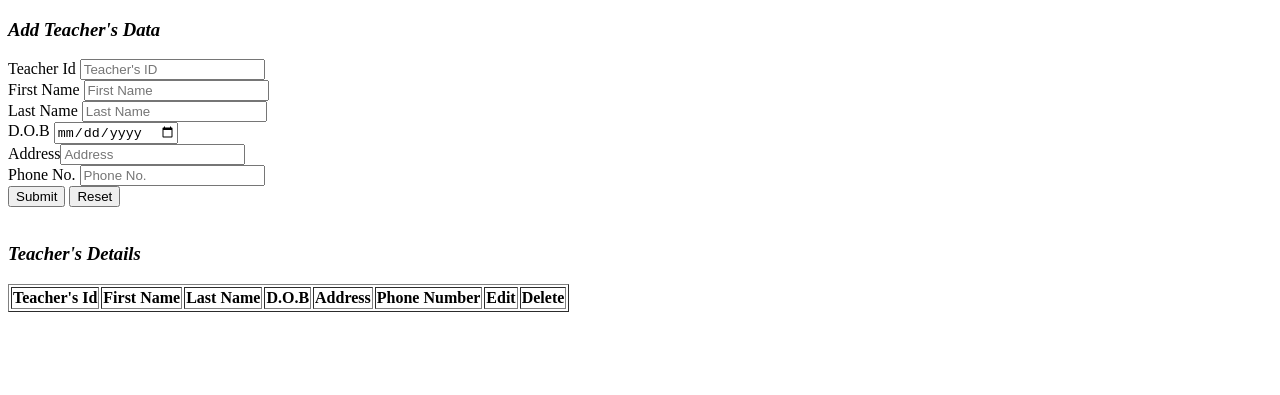
Repository: shubhamsingh331/Learners_Academy
Page: http://localhost/LearnersAcademy/Teachers/Teachers.jsp
The author's editor kept a copy of each file at every save. The page is drawn from the files as they stood at one save, then again after the next save.
The browser window is 1280 px wide. The pictures show the whole page.
The page is served by Tomcat 9. Other server files are loaded and not shown. Queries for data that is not in the repository find no rows.

Above is the page before, as saved 2023-10-09 12:11:00.

### LearnersAcademy/src/main/webapp/Teachers/Teachers.jsp
<%@ page language="java" contentType="text/html; charset=ISO-8859-1"
    pageEncoding="ISO-8859-1"%>
<!DOCTYPE html>
<html>
<head>
<meta charset="ISO-8859-1">
<title>Insert title here</title>
</head>
<body>
<h3><i>Add Teacher's Data</i></h3>
<form action="AddTeachers.jsp" method="post">
Teacher Id <input type="text" placeholder="Teacher's ID" name="id"><br>
First Name <input type="text" placeholder="First Name" name="fname"><br>
Last Name <input type="text" placeholder="Last Name" name="lname"><br>
D.O.B <input type="date" placeholder="D.O.B" name="dob"><br>
Address<input type="text" placeholder="Address" name ="address"><br>
Phone No. <input type="text" placeholder="Phone No." name="phono"><br>
<input type="submit" value="Submit">
<input type="reset" value="Reset">
</form><br>
<%@include file="TeacherDisplay.jsp" %>

</body>
</html>

### LearnersAcademy/src/main/webapp/Teachers/TeacherDisplay.jsp
<%@page import="teachers.TeachersDAO"%>
<%@page import="java.util.List"%>
<%@page import="teachers.TeachersPojo"%>
<%@ page language="java" contentType="text/html; charset=ISO-8859-1"
    pageEncoding="ISO-8859-1"%>
<!DOCTYPE html>
<html>
<head>
<meta charset="ISO-8859-1">
<title>Insert title here</title>
</head>
<body>
<h3><i>Teacher's Details</i></h3>
<table border="1">
<tr><th>Teacher's Id</th><th>First Name</th><th>Last Name</th><th>D.O.B</th><th>Address</th><th>Phone Number</th><th>Edit</th><th>Delete</th></tr>
<%
TeachersDAO dao = new TeachersDAO();
List<TeachersPojo> list= dao.display();

for(TeachersPojo t:list){%>
<tr><td><%=t.getId() %></td><td><%=t.getFname() %></td><td><%=t.getLname() %></td><td><%=t.getDob() %></td><td><%=t.getAddress() %></td><td><%=t.getPhono()%></td><td><a href="TeachEdit.jsp?id=<%=t.getId()%>">Edit</a></td><td><a href="TeachDelete.jsp?id=<%=t.getId()%>">Delete</a></td></tr>
<%}%>
</table>
</body>
</html>

### LearnersAcademy/src/main/java/teachers/TeachersDAO.java
package teachers;

import java.sql.Connection;
import java.sql.PreparedStatement;
import java.sql.ResultSet;
import java.sql.SQLException;
import java.util.ArrayList;
import java.util.List;

import DBUtil.DbUtil;

public class TeachersDAO {
	public int insert(TeachersPojo teachers) throws ClassNotFoundException, SQLException {
		Connection con = DbUtil.dbcon();
		String sql = "insert into teachers values(?,?,?,?,?,?)";
		PreparedStatement ps = con.prepareStatement(sql);
		ps.setInt(1, teachers.getId());
		ps.setString(2, teachers.getFname());
		ps.setString(3, teachers.getLname());
		ps.setString(4, teachers.getDob());
		ps.setString(5, teachers.getAddress());
		ps.setLong(6, teachers.getPhono());

		return ps.executeUpdate();
	}

	public int update(TeachersPojo teachers) throws ClassNotFoundException, SQLException {
		Connection con = DbUtil.dbcon();
		String sql = "update teachers set fname=?, lname=?, dob=?, address=?, phono=? where id =?";
		PreparedStatement ps = con.prepareStatement(sql);
		ps.setInt(6, teachers.getId());
		ps.setString(1, teachers.getFname());
		ps.setString(2, teachers.getLname());
		ps.setString(3, teachers.getDob());
		ps.setString(4, teachers.getAddress());
		ps.setLong(5, teachers.getPhono());

		return ps.executeUpdate();
	}

	public int delete(TeachersPojo teachers) throws ClassNotFoundException, SQLException {
		Connection con = DbUtil.dbcon();
		String sql = "delete from teachers where id =?";
		PreparedStatement ps = con.prepareStatement(sql);
		ps.setInt(1, teachers.getId());


		return ps.executeUpdate();
	}

	public List<TeachersPojo> display() throws ClassNotFoundException, SQLException{
		Connection con = DbUtil.dbcon();

		List<TeachersPojo> list = new ArrayList<TeachersPojo>();
		String sql = "select * from teachers";
		PreparedStatement ps = con.prepareStatement(sql);
		ResultSet rs = ps.executeQuery();

		while(rs.next()) {
			TeachersPojo teachers = new TeachersPojo();
			teachers.setId(rs.getInt(1));
			teachers.setFname(rs.getString(2));
			teachers.setLname(rs.getString(3));
			teachers.setDob(rs.getString(4));
			teachers.setAddress(rs.getString(5));
			teachers.setPhono(rs.getLong(6));

			list.add(teachers);
		}
		return list;


	}

}

### LearnersAcademy/src/main/java/DBUtil/DbUtil.java
package DBUtil;

import java.sql.Connection;
import java.sql.DriverManager;
import java.sql.SQLException;

public class DbUtil {
	public static final String DRIVER_CLASS="com.mysql.jdbc.Driver";
	public static final String DB_URL="jdbc:mysql://localhost:3306/StudentManagement";
	public static final String USERNAME = "root";
	public static final String PASSWORD = "123456";
	public static Connection dbcon() throws ClassNotFoundException, SQLException {
		Class.forName(DRIVER_CLASS);

		Connection con = DriverManager.getConnection(DB_URL, USERNAME, PASSWORD);

		return con;

}

}

After the next save:
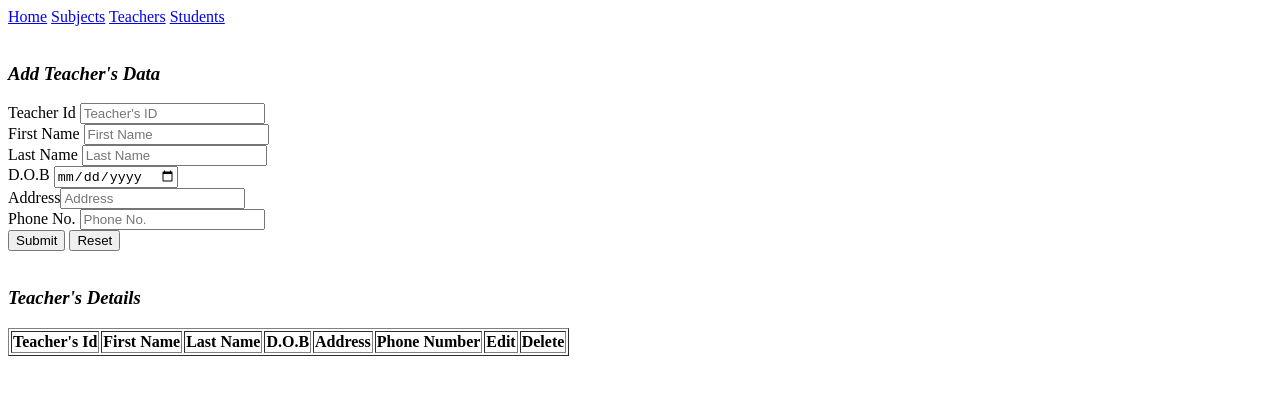
Saved 2 min 3 s later.
--- a/LearnersAcademy/src/main/webapp/Teachers/Teachers.jsp
+++ b/LearnersAcademy/src/main/webapp/Teachers/Teachers.jsp
@@ -7,6 +7,12 @@
 <title>Insert title here</title>
 </head>
 <body>
+<div class="topnav">
+  <a class="active" href="#home">Home</a>
+  <a href="Subjects/Subject.jsp">Subjects</a>
+  <a href="Teachers.jsp">Teachers</a>
+  <a href="#about">Students</a>
+</div><br>
 <h3><i>Add Teacher's Data</i></h3>
 <form action="AddTeachers.jsp" method="post">
 Teacher Id <input type="text" placeholder="Teacher's ID" name="id"><br>
